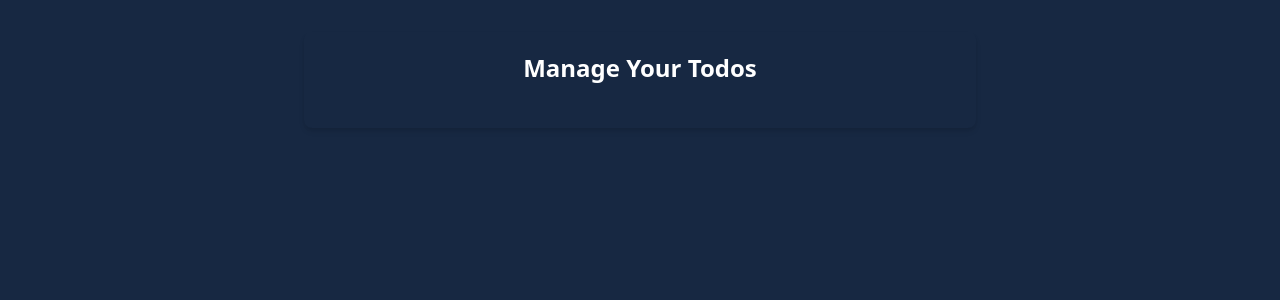
Repository: Bilal-CodeMaster/react
Page: / (app in todocontext/)
An editor plug-in stored every save of this project. The page is shown before and after a run of saves, followed by the edit.
The browser window is 1280 px wide. The pictures show the whole page.
The project was rebuilt for these pictures with package versions that can differ from the ones it lists, and the page was loaded fresh each time. Also part of the build but not shown: todocontext/vite.config.js.

Above is the page before, as saved 2025-03-22 11:10:35.

After the next 4 saves:
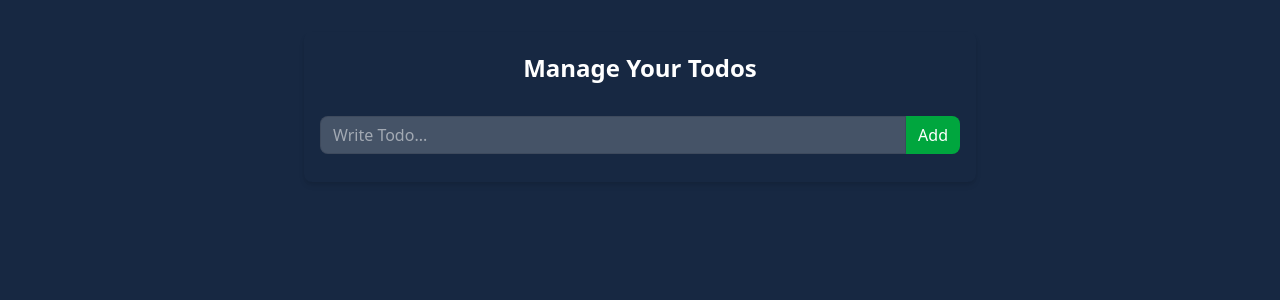
The 4 saves are shown as one change because they came seconds apart.
The last was saved 13 s later.
--- a/todocontext/src/App.jsx
+++ b/todocontext/src/App.jsx
@@ -1,3 +1,4 @@
+import TodoForm from "./components/TodoForm"
 
 function App() {
 
@@ -8,9 +9,13 @@ function App() {
                     <h1 className="text-2xl font-bold text-center mb-8 mt-2">Manage Your Todos</h1>
                     <div className="mb-4">
                         {/* Todo form goes here */}
+                        <TodoForm/>
                     </div>
                     <div className="flex flex-wrap gap-y-3">
                         {/*Loop and Add TodoItem here */}
+                        {
+
+                        }
                     </div>
                 </div>
             </div>
